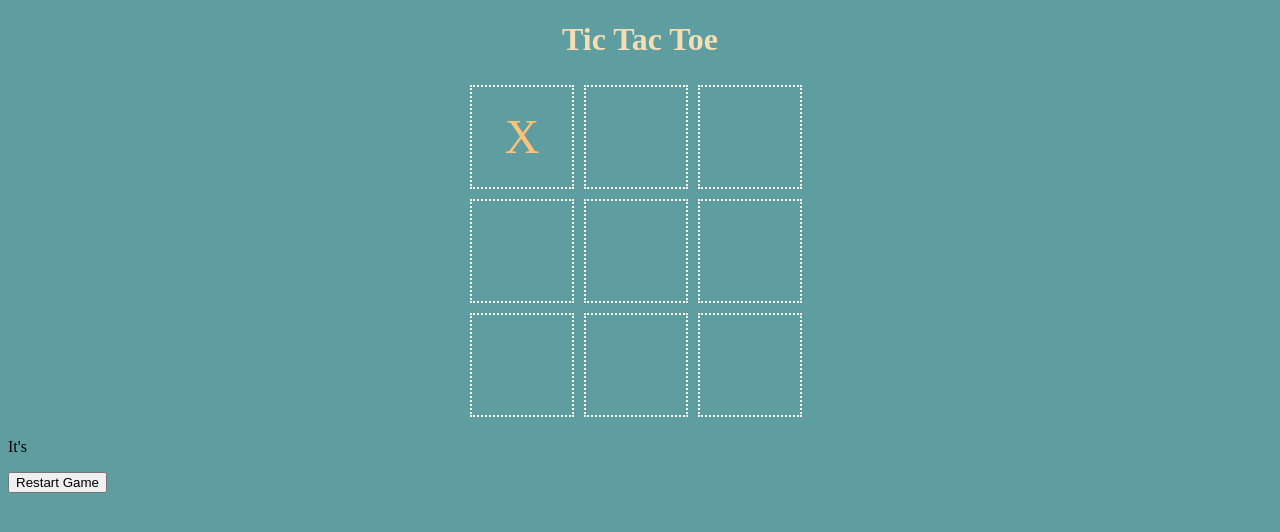
Repository: Hasmik-icml/Tic-Tac-Toe
Page: index.html
These files come from the project's save history. The page is drawn as it stood at one moment and after the next save; the edit follows.
The browser window is 1280 px wide. The pictures show the whole page.

Above is the page before, as saved 2022-02-02 21:59:13.

After the next save:
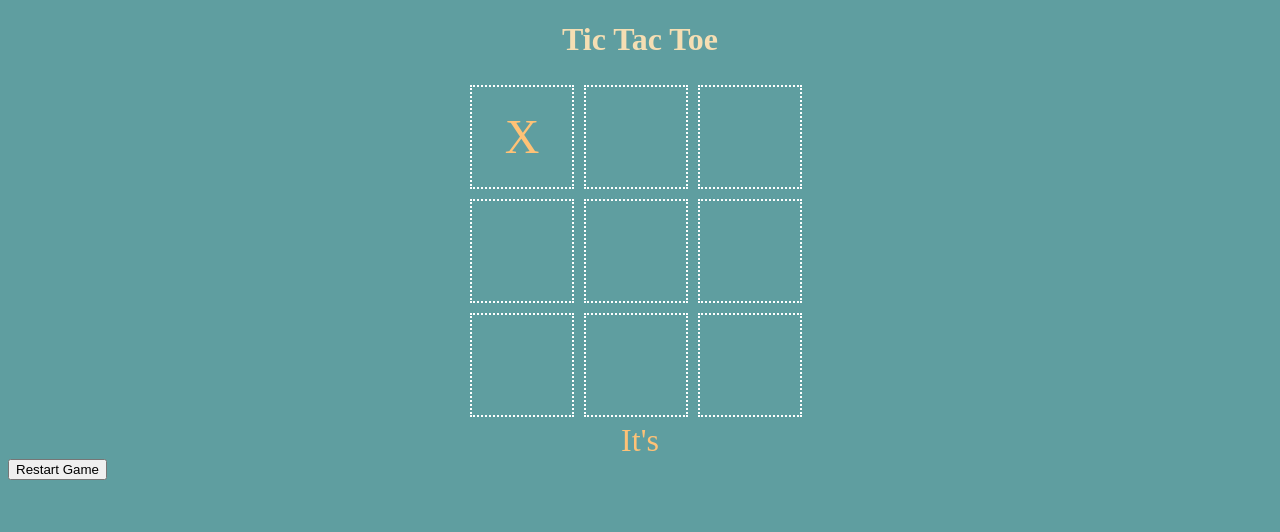
Saved 94 s later.
--- a/style.css
+++ b/style.css
@@ -26,3 +26,9 @@ h1 {
   text-align: center;
   color: wheat;
 }
+.turn{
+      text-align: center;
+      color: #ffc276;
+      font-size: xx-large;
+      margin: 0;
+}
